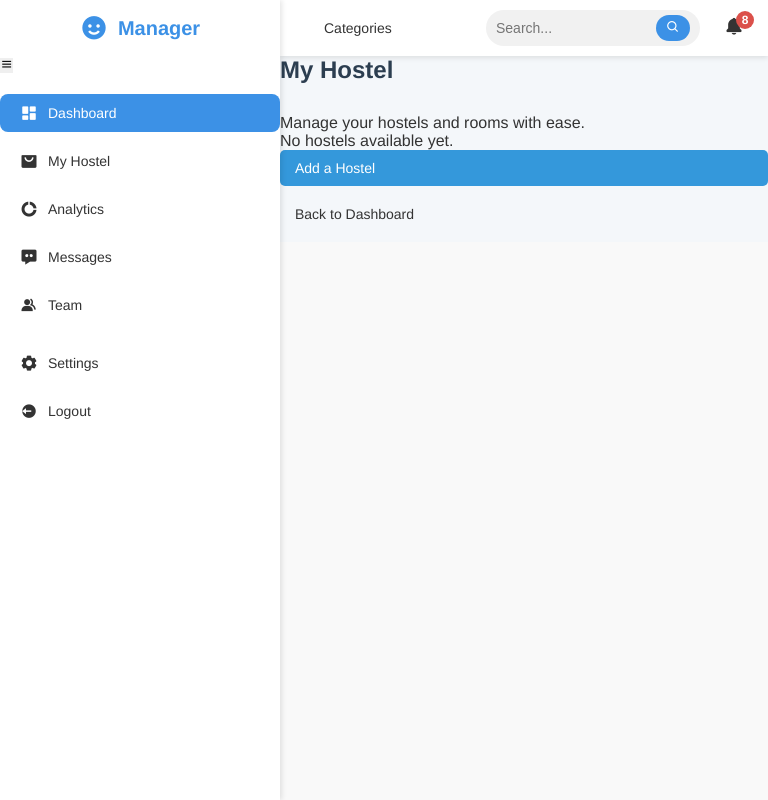
Repository: peter417waweru/hostelkona
Page: http://localhost/dashboard/my-hostels/
The author's editor kept a copy of each file at every save. The page is drawn from the files as they stood at one save, then again after the next save.
The browser window is 768 px wide. The pictures show the whole page.
The page is served by the project's application, run on Django 5.2 (hostelkona/manage.py). A made-up administrator, testuser (Test User, test@example.com), is signed in. Other server files are loaded and not shown. Queries for data that is not in the repository find no rows.

Above is the page before, as saved 2025-01-28 16:52:21.

### hostelkona/kona/templates/dashboard/my_hostels.html
{% extends 'dashboard/dashbase.html' %}
{% block content %}
{% load static %}
<link rel="stylesheet" href="{% static 'styles/pages/hostels.css' %}">

<main class="bg-light">
    <div class="container-fluid py-5">
        <!-- Page Header -->
        <div class="text-center mb-5">
            <h2 class="display-4 fw-bold text-dark">My Hostel</h2>
            <p class="lead text-muted">Manage your hostels and rooms with ease.</p>
        </div>

        <!-- Display Hostels -->
        {% if hostels.exists %}
            <div class="card shadow-lg border-0 rounded-lg">
                <div class="card-header bg-dark text-white">
                    <h5 class="card-title mb-0">Hostel List</h5>
                </div>
                <div class="card-body p-0">
                    <div class="table-responsive">
                        <table class="table table-hover align-middle mb-0">
                            <thead class="table-light">
                                <tr>
                                    <th>Name</th>
                                    <th>Address</th>
                                    <th>Contact</th>
                                    <th>Actions</th>
                                </tr>
                            </thead>
                            <tbody>
                                {% for hostel in hostels %}
                                <tr>
                                    <td class="fw-bold">{{ hostel.name }}</td>
                                    <td>{{ hostel.address }}</td>
                                    <td>{{ hostel.contact_no }}</td>
                                    <td>
                                        <div class="d-flex gap-2">
                                            <a href="{% url 'update_hostel' hostel.id %}" class="btn btn-sm btn-outline-secondary">Edit</a>
                                            <form method="post" action="{% url 'delete_hostel' hostel.id %}" style="display:inline;">
                                                {% csrf_token %}
                                                <button type="submit" class="btn btn-sm btn-outline-danger">Delete</button>
                                            </form>
                                            <a href="{% url 'add_room' hostel.id %}" class="btn btn-sm btn-outline-primary">Add Room</a>
                                        </div>
                                    </td>
                                </tr>

                                <!-- Display Rooms -->
                                {% if hostel.rooms.exists %}
                                    <tr>
                                        <td colspan="4">
                                            <div class="card bg-light mb-3">
                                                <div class="card-header bg-primary text-white">
                                                    <h6 class="card-title mb-0">Rooms in {{ hostel.name }}</h6>
                                                </div>
                                                <div class="card-body p-0">
                                                    <table class="table table-sm table-borderless mb-0">
                                                        <thead>
                                                            <tr>
                                                                <th>Room Number</th>
                                                                <th>Type</th>
                                                                <th>Price</th>
                                                                <th>Availability</th>
                                                                <th>Actions</th>
                                                            </tr>
                                                        </thead>
                                                        <tbody>
                                                            {% for room in hostel.rooms.all %}
                                                            <tr>
                                                                <td>{{ room.room_number }}</td>
                                                                <td>{{ room.room_type }}</td>
                                                                <td>${{ room.price }}</td>
                                                                <td>
                                                                    {% if room.is_available %}
                                                                        <span class="badge bg-success">Available</span>
                                                                    {% else %}
                                                                        <span class="badge bg-danger">Occupied</span>
                                                                    {% endif %}
                                                                </td>
                                                                <td>
                                                                    <div class="d-flex gap-2">
                                                                        <a href="{% url 'update_room' room.id %}" class="btn btn-sm btn-outline-secondary">Edit</a>
                                                                        <form method="post" action="{% url 'delete_room' room.id %}" style="display:inline;">
                                                                            {% csrf_token %}
                                                                            <button type="submit" class="btn btn-sm btn-outline-danger">Delete</button>
                                                                        </form>
                                                                    </div>
                                                                </td>
                                                            </tr>
                                                            {% endfor %}
                                                        </tbody>
                                                    </table>
                                                </div>
                                            </div>
                                        </td>
                                    </tr>
                                {% else %}
                                    <tr>
                                        <td colspan="4">
                                            <p class="text-muted text-center">No rooms available for this hostel.</p>
                                        </td>
                                    </tr>
                                {% endif %}
                                {% endfor %}
                            </tbody>
                        </table>
                    </div>
                </div>
            </div>
        {% else %}
            <div class="text-center py-5">
                <p class="text-muted">No hostels available yet.</p>
                <a href="{% url 'add_hostel' %}" class="btn btn-primary btn-lg">Add a Hostel</a>
            </div>
        {% endif %}

        <!-- Back to Dashboard Button -->
        <div class="text-center mt-5">
            <a href="{% url 'dashboard' %}" class="btn btn-outline-dark btn-lg">Back to Dashboard</a>
        </div>
    </div>

    <!-- Bootstrap JS -->
    <script src="https://cdn.jsdelivr.net/npm/bootstrap@5.3.0-alpha3/dist/js/bootstrap.bundle.min.js"></script>
{% endblock content %}
</main>

### hostelkona/kona/templates/dashboard/dashbase.html
<!DOCTYPE html>
<html lang="en">
<head>
	<meta charset="UTF-8">
	<meta name="viewport" content="width=device-width, initial-scale=1.0">

	<!-- Boxicons -->
	<link href='https://unpkg.com/boxicons@2.0.9/css/boxicons.min.css' rel='stylesheet'>
	<!-- My CSS -->
	{% load static %}
	<link rel="stylesheet" href="{% static 'styles/base.css' %}">
	<link rel="stylesheet" href="{% static 'styles/components/sidebar.css' %}">
	<link rel="stylesheet" href="{% static 'styles/components/navbar.css' %}">

	<title>Manager Dashboard</title>
</head>
<body>
    <!-- Layout Container -->
    <div class="dashboard-layout">
        <!-- Sidebar -->
        <section id="sidebar">
            <a href="#" class="brand">
                <i class='bx bxs-smile'></i>
                <span class="text">Manager</span>
            </a>
            <button id="sidebar-toggle" class="sidebar-toggle">
                <i class='bx bx-menu'></i>
            </button>
            <ul class="side-menu top">
                <li class="active">
                    <a href="{% url 'dashboard' %}">
                        <i class='bx bxs-dashboard'></i>
                        <span class="text">Dashboard</span>
                    </a>
                </li>
                <li>
                    <a href="{% url 'manager_hostels' %}">
                        <i class='bx bxs-shopping-bag-alt'></i>
                        <span class="text">My Hostel</span>
                    </a>
                </li>
                <li>
                    <a href="{% url 'analytics' %}">
                        <i class='bx bxs-doughnut-chart'></i>
                        <span class="text">Analytics</span>
                    </a>
                </li>
                <li>
                    <a href="#">
                        <i class='bx bxs-message-dots'></i>
                        <span class="text">Messages</span>
                    </a>
                </li>
                <li>
                    <a href="#">
                        <i class='bx bxs-group'></i>
                        <span class="text">Team</span>
                    </a>
                </li>
            </ul>
            <ul class="side-menu">
                <li>
                    <a href="{% url 'settings' %}">
                        <i class='bx bxs-cog'></i>
                        <span class="text">Settings</span>
                    </a>
                </li>
                <li>
                    <a href="{% url 'logout' %}" class="logout">
                        <i class='bx bxs-log-out-circle'></i>
                        <span class="text">Logout</span>
                    </a>
                </li>
            </ul>
        </section>

        <!-- Content -->
        <section id="content">
            <nav>
                <a href="#" class="nav-link">Categories</a>
                <form action="#">
                    <div class="form-input">
                        <input type="search" placeholder="Search...">
                        <button type="submit" class="search-btn"><i class='bx bx-search'></i></button>
                    </div>
                </form>
                <input type="checkbox" id="switch-mode" hidden>
                <label for="switch-mode" class="switch-mode"></label>
                <a href="#" class="notification">
                    <i class='bx bxs-bell'></i>
                    <span class="num">8</span>
                </a>
                <a href="{% url 'update_profile' %}" class="profile">
                    <strong>{{ request.user.username }}</strong>
                    <img src="{{ request.user.profile.profile_picture.url }}" alt="Profile Image">
                </a>
            </nav>
            {% block content %}
            {% endblock %}
        </section>
    </div>
    <script src="{% static 'js/dashboard.js' %}"></script>
</body>
</html>

### hostelkona/hostelkona/urls.py
"""
URL configuration for hostelkona project.

The `urlpatterns` list routes URLs to views. For more information please see:
    https://docs.djangoproject.com/en/5.1/topics/http/urls/
Examples:
Function views
    1. Add an import:  from my_app import views
    2. Add a URL to urlpatterns:  path('', views.home, name='home')
Class-based views
    1. Add an import:  from other_app.views import Home
    2. Add a URL to urlpatterns:  path('', Home.as_view(), name='home')
Including another URLconf
    1. Import the include() function: from django.urls import include, path
    2. Add a URL to urlpatterns:  path('blog/', include('blog.urls'))
"""
from django.contrib import admin
from django.urls import path, include

urlpatterns = [
    path('admin/', admin.site.urls),
    path('', include('kona.urls'))
]

### hostelkona/kona/urls.py
from django.urls import path
from django.conf import settings
from django.conf.urls.static import static
from . import views

urlpatterns = [
    path('', views.home_page, name='home_page'),
    path('register/', views.customer_register, name='register'),
    path('login/', views.login_view, name='login'),
    path('logout/', views.logout_view, name='logout'),
    path('profile/', views.profile_view, name='profile'),
    path('hostels/<int:hostel_id>/rooms/', views.hostel_rooms, name='hostel_rooms'),
    path('rooms/<int:room_id>/book/', views.book_room, name='book_room'),
    path('application-success/', views.application_success, name='application_success'),

    path('about-us/', views.about_us, name='about_us'),
    path('privacy-policy/', views.privacy_policy, name='privacy_policy'),
    path('terms-conditions/', views.terms_conditions, name='terms_conditions'),
    path('contact-us/', views.contact_us, name='contact_us'),
    path('cart/', views.view_cart, name='cart'),
    path('help/', views.help_page, name='help'),

    path('download-receipt/<str:receipt_id>/', views.download_receipt, name='download_receipt'),
    path('dashboard/download-pdf/', views.download_dashboard_pdf, name='download_dashboard_pdf'),
    path('dashboard/', views.dashboard, name='dashboard'),


    path('<int:hostel_id>/detail/', views.hostel_details, name='hostel_details'),
    path('dashboard/my-hostels/', views.manager_hostels, name='manager_hostels'),
    path('booking_success/', views.booking_success, name='booking_success'),

    path('dashboard/add-hostel/', views.add_hostel, name='add_hostel'),
    path('dashboard/update-hostel/<int:pk>/', views.update_hostel, name='update_hostel'),
    path('dashboard/delete-hostel/<int:hostel_id>/', views.delete_hostel, name='delete_hostel'),
    path('hostel/<int:hostel_id>/add-room/', views.add_room, name='add_room'),

    path('room/<int:id>/update/', views.update_room, name='update_room'),
    path('room/<int:id>/delete/', views.delete_room, name='delete_room'),
    path('update-profile/', views.update_profile, name='update_profile'),

    path('notifications/mark-read/', views.mark_notifications_read, name='mark_notifications_read'),
    path('dashboard/view_booking_requests/', views.view_booking_requests, name='view_booking_requests'),
    path('requests/<int:request_id>/', views.manage_booking_request, name='manage_booking_request'),

    path('settings/', views.settings_view, name='settings'),
    path('update_settings/', views.update_settings, name='update_settings'),

    path('analytics/', views.analytics_view, name='analytics'),
    path('api/occupancy-rate/', views.occupancy_rate, name='occupancy_rate'),
]


if settings.DEBUG:
    urlpatterns += static(settings.MEDIA_URL, document_root=settings.MEDIA_ROOT)

### hostelkona/kona/static/styles/base.css
/* BASE.CSS */

/* General Reset and Typography */
* {
    margin: 0;
    padding: 0;
    box-sizing: border-box;
}

html, body {
    font-family: 'Poppins', sans-serif;
    color: #333;
    background-color: #f9f9f9;
    overflow-x: hidden;
}

ul {
    list-style: none;
}

a {
    text-decoration: none;
    color: inherit;
    transition: color 0.3s;
}

a:hover {
    color: #3c91e6;
}

/* Utility Classes */
.container {
    max-width: 1200px;
    margin: 0 auto;
    padding: 0 20px;
}

button {
    border: none;
    outline: none;
    cursor: pointer;
    transition: background-color 0.3s ease, color 0.3s ease;
}

/* Buttons */
.btn {
    display: inline-block;
    padding: 8px 16px;
    border-radius: 4px;
    font-size: 14px;
    font-weight: 500;
}

.btn-primary {
    background-color: #3c91e6;
    color: #fff;
}

.btn-primary:hover {
    background-color: #0056b3;
}

.btn-danger {
    background-color: #db504a;
    color: #fff;
}

.btn-danger:hover {
    background-color: #b0342d;
}

### hostelkona/kona/static/styles/components/sidebar.css
/* SIDEBAR.CSS */

/* Sidebar Layout */
#sidebar {
    position: fixed;
    top: 0;
    left: 0;
    width: 280px;
    height: 100%;
    background: #fff;
    box-shadow: 2px 0 5px rgba(0, 0, 0, 0.1);
    z-index: 2000;
    transition: width 0.3s ease;
    overflow: hidden;
}

#sidebar.hide {
    width: 60px;
}

#sidebar .brand {
    display: flex;
    align-items: center;
    justify-content: center;
    height: 56px;
    font-size: 20px;
    font-weight: 600;
    color: #3c91e6;
}

#sidebar .brand .bx {
    font-size: 28px;
    margin-right: 10px;
}

#sidebar ul.side-menu {
    margin-top: 20px;
    padding: 0;
}

#sidebar ul.side-menu li {
    margin-bottom: 10px;
}

#sidebar ul.side-menu li a {
    display: flex;
    align-items: center;
    padding: 10px 20px;
    color: #333;
    font-size: 14px;
    font-weight: 500;
    border-radius: 8px;
    transition: background-color 0.3s ease;
}

#sidebar ul.side-menu li a .bx {
    font-size: 18px;
    margin-right: 10px;
}

#sidebar ul.side-menu li a:hover,
#sidebar ul.side-menu li.active a {
    background: #3c91e6;
    color: #fff;
}

#sidebar ul.side-menu li a:hover .bx,
#sidebar ul.side-menu li.active a .bx {
    color: #fff;
}

/* Navbar Layout Adjustments */
#content {
    position: relative;
    width: calc(100% - 280px); /* Sidebar width when expanded */
    margin-left: 280px;
    transition: margin-left 0.3s ease, width 0.3s ease;
}

#sidebar.hide ~ #content {
    width: calc(100% - 60px); /* Sidebar width when collapsed */
    margin-left: 60px;
}

### hostelkona/kona/static/styles/components/navbar.css
/* NAVBAR.CSS */

/* NAVBAR.CSS */

/* Sticky Navbar */
#content nav {
    position: sticky; /* Sticky positioning */
    top: 0; /* Stick to the top of the viewport */
    left: 0; /* Align with the sidebar */
    z-index: 1000; /* Ensure it's above other elements */
    display: flex;
    align-items: center;
    justify-content: space-between;
    height: 56px;
    padding: 0 24px;
    background: #fff; /* Ensure consistent background */
    box-shadow: 0 2px 5px rgba(0, 0, 0, 0.1); /* Subtle shadow for visibility */
}


/* Navbar Spacing and Alignment */
#content nav .nav-link {
    font-size: 14px;
    color: #333;
    margin-right: auto; /* Push to the left */
    margin-left: 20px;
}

#content nav .form-input {
    display: flex;
    align-items: center;
    gap: 10px; /* Space between input and button */
    background: #f1f1f1;
    border-radius: 20px;
    padding: 5px 10px;
}

#content nav .form-input input {
    border: none;
    outline: none;
    background: transparent;
    font-size: 14px;
    width: 250px; /* Fixed width for better layout */
}

#content nav .form-input button {
    background: #3c91e6;
    color: #fff;
    padding: 5px 10px;
    border-radius: 20px;
    font-size: 14px;
    cursor: pointer;
}

/* Notification Bell */
#content nav .notification {
    position: relative;
    font-size: 20px;
    color: #333;
    margin-left: 24px; /* Space from the search bar */
    cursor: pointer;
}

#content nav .notification .num {
    position: absolute;
    top: -5px;
    right: -10px;
    background: #db504a;
    color: #fff;
    width: 18px;
    height: 18px;
    font-size: 12px;
    font-weight: 600;
    border-radius: 50%;
    display: flex;
    align-items: center;
    justify-content: center;
}

/* Profile Section */
#content nav .profile {
    display: flex;
    align-items: center;
    margin-left: 24px; /* Space from the notification */
}

#content nav .profile strong {
    font-size: 14px;
    font-weight: 500;
    color: #333;
    margin-right: 10px;
}

#content nav .profile img {
    width: 36px;
    height: 36px;
    border-radius: 50%;
    object-fit: cover;
}

@media (max-width: 768px) {
    #content nav .form-input {
        flex-grow: 1; /* Take more space */
    }

    #content nav .form-input input {
        width: 150px; /* Smaller input for smaller screens */
    }

    #content nav .profile {
        display: none; /* Hide profile for smaller screens */
    }
}

### hostelkona/kona/static/styles/pages/hostels.css
/* General Styles */
body {
    font-family: 'Helvetica Neue', Arial, sans-serif;
    background-color: #f4f7fa;
    color: #333;
}

h2 {
    font-weight: 600;
    margin-bottom: 30px;
    color: #2c3e50;
}

/* Table Styles */
.table {
    border-radius: 8px;
    overflow: hidden;
    box-shadow: 0 2px 10px rgba(0, 0, 0, 0.1);
}

.table th, .table td {
    vertical-align: middle;
    padding: 15px;
}

.table th {
    background-color: #2980b9;
    color: white;
    font-weight: bold;
}

.table td {
    background-color: #ecf0f1;
}

.table-hover tbody tr:hover {
    background-color: #d1e7dd;
}

/* Button Styles */
.btn {
    border-radius: 5px;
    padding: 10px 15px;
    font-size: 14px;
    transition: background-color 0.3s, transform 0.2s;
}

.btn-primary {
    background-color: #3498db;
    border: none;
}

.btn-primary:hover {
    background-color: #2980b9;
    transform: translateY(-2px);
}

.btn-secondary {
    background-color: #7f8c8d;
    border: none;
}

.btn-secondary:hover {
    background-color: #6c757d;
    transform: translateY(-2px);
}

.btn-danger {
    background-color: #e74c3c;
    border: none;
}

.btn-danger:hover {
    background-color: #c0392b;
    transform: translateY(-2px);
}

.btn-outline-secondary {
    border: 1px solid #7f8c8d;
    color: #7f8c8d;
}

.btn-outline-secondary:hover {
    background-color: #7f8c8d;
    color: white;
}

/* Badge Styles */
.badge {
    font-size: 0.9rem;
    padding: 5px 10px;
    border-radius: 12px;
}

.badge.bg-success {
    background-color: #28a745;
    color: white;
}

.badge.bg-danger {
    background-color: #dc3545;
    color: white;
}

/* Responsive Styles */
@media (max-width: 768px) {
    .table-responsive {
        margin-bottom: 20px;
    }

    .btn {
        width: 100%;
        margin-bottom: 10px;
    }
}

Loaded but not shown: hostelkona/kona/static/js/dashboard.js (76 lines, source omitted); hostelkona/kona/views.py (562 lines, source omitted)

After the next save:
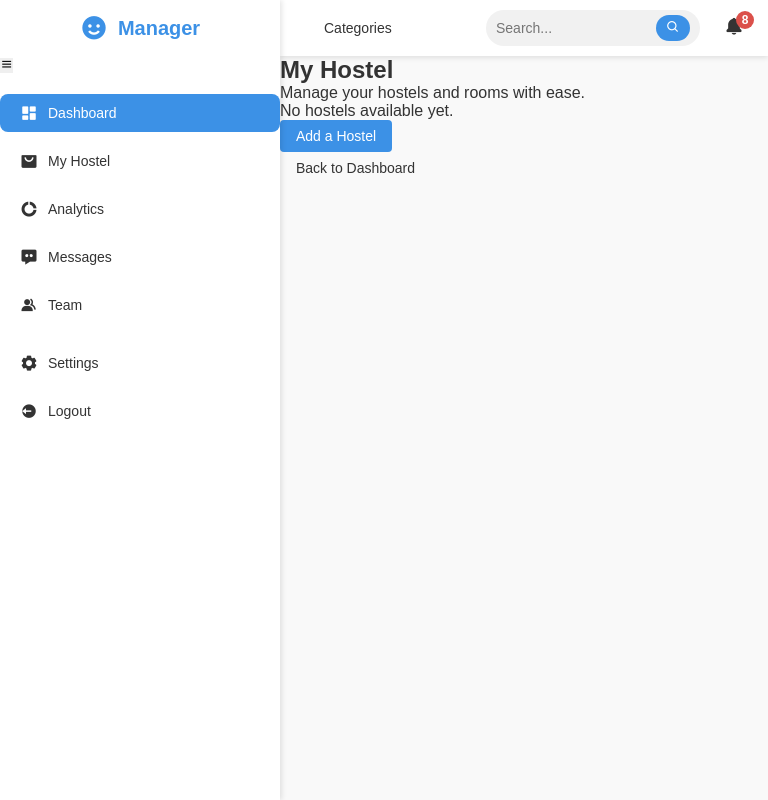
Saved 83 s later.
--- a/hostelkona/kona/static/styles/pages/hostels.css
+++ b/hostelkona/kona/static/styles/pages/hostels.css
@@ -1,115 +1,32 @@
-/* General Styles */
-body {
-    font-family: 'Helvetica Neue', Arial, sans-serif;
-    background-color: #f4f7fa;
-    color: #333;
+/* Custom CSS for Hostels Page */
+.card {
+    transition: transform 0.3s ease, box-shadow 0.3s ease;
 }
 
-h2 {
-    font-weight: 600;
-    margin-bottom: 30px;
-    color: #2c3e50;
+.card:hover {
+    transform: translateY(-5px);
+    box-shadow: 0 10px 20px rgba(0, 0, 0, 0.2);
 }
 
-/* Table Styles */
-.table {
-    border-radius: 8px;
-    overflow: hidden;
-    box-shadow: 0 2px 10px rgba(0, 0, 0, 0.1);
+.btn-outline-secondary, .btn-outline-danger, .btn-outline-primary {
+    transition: all 0.3s ease;
 }
 
-.table th, .table td {
-    vertical-align: middle;
-    padding: 15px;
-}
-
-.table th {
-    background-color: #2980b9;
-    color: white;
-    font-weight: bold;
-}
-
-.table td {
-    background-color: #ecf0f1;
-}
-
-.table-hover tbody tr:hover {
-    background-color: #d1e7dd;
-}
-
-/* Button Styles */
-.btn {
-    border-radius: 5px;
-    padding: 10px 15px;
-    font-size: 14px;
-    transition: background-color 0.3s, transform 0.2s;
-}
-
-.btn-primary {
-    background-color: #3498db;
-    border: none;
-}
-
-.btn-primary:hover {
-    background-color: #2980b9;
-    transform: translateY(-2px);
-}
-
-.btn-secondary {
-    background-color: #7f8c8d;
-    border: none;
-}
-
-.btn-secondary:hover {
-    background-color: #6c757d;
-    transform: translateY(-2px);
-}
-
-.btn-danger {
-    background-color: #e74c3c;
-    border: none;
-}
-
-.btn-danger:hover {
-    background-color: #c0392b;
-    transform: translateY(-2px);
-}
-
-.btn-outline-secondary {
-    border: 1px solid #7f8c8d;
-    color: #7f8c8d;
+.btn-outline-secondary:hover, .btn-outline-danger:hover, .btn-outline-primary:hover {
+    color: #fff;
 }
 
 .btn-outline-secondary:hover {
-    background-color: #7f8c8d;
-    color: white;
+    background-color: #6c757d;
+    border-color: #6c757d;
 }
 
-/* Badge Styles */
-.badge {
-    font-size: 0.9rem;
-    padding: 5px 10px;
-    border-radius: 12px;
+.btn-outline-danger:hover {
+    background-color: #dc3545;
+    border-color: #dc3545;
 }
 
-.badge.bg-success {
-    background-color: #28a745;
-    color: white;
+.btn-outline-primary:hover {
+    background-color: #0d6efd;
+    border-color: #0d6efd;
 }
-
-.badge.bg-danger {
-    background-color: #dc3545;
-    color: white;
-}
-
-/* Responsive Styles */
-@media (max-width: 768px) {
-    .table-responsive {
-        margin-bottom: 20px;
-    }
-
-    .btn {
-        width: 100%;
-        margin-bottom: 10px;
-    }
-}
